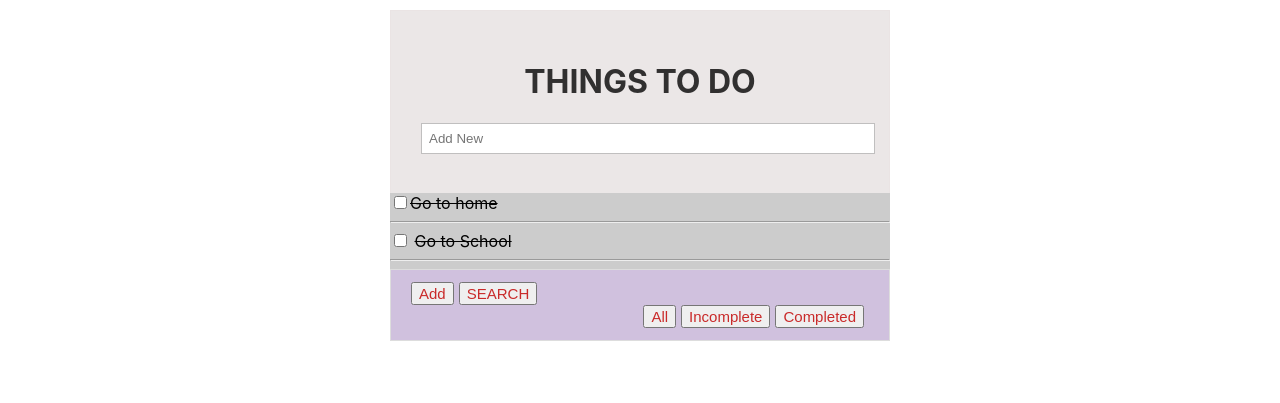
Repository: kirangautam45/To-Do-Application
Page: /
An editor plug-in stored every save of this project. The page is shown before and after a run of saves, followed by the edit.
The browser window is 1280 px wide. The pictures show the whole page.
The project was rebuilt for these pictures with package versions that can differ from the ones it lists, and the page was loaded fresh each time.

Above is the page before, as saved 2022-08-11 14:37:59.

After the next 2 saves:
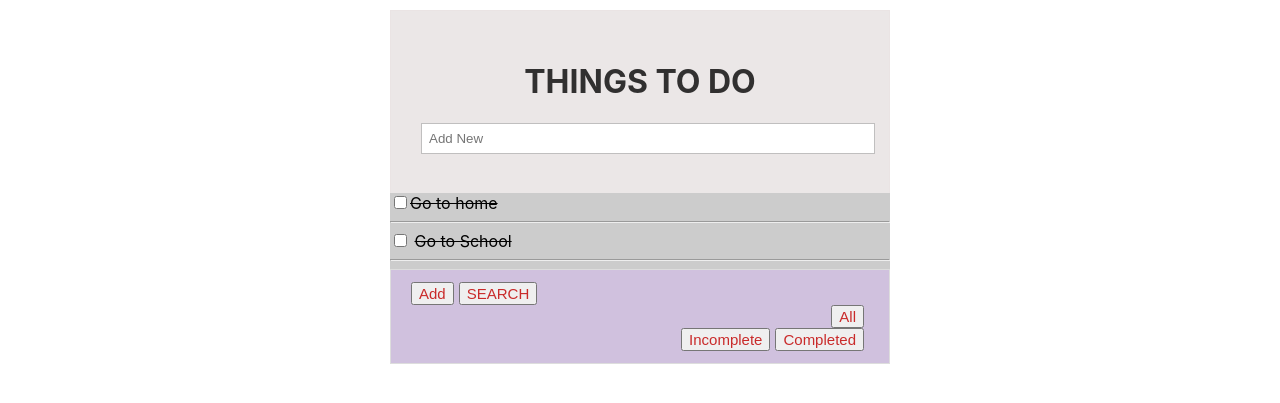
The 2 saves are shown as one change because they came seconds apart.
The last was saved 7 s later.
--- a/src/App.js
+++ b/src/App.js
@@ -24,7 +24,7 @@ function App() {
               <button className="Icon_button">SEARCH</button>
             </div>
             <div className="Icon_right">
-               <div></div><button className="Icon_button">All</button>
+               <div><button className="Icon_button">All</button> </div>
               <button className="Icon_button">Incomplete</button>
               <button className="Icon_button">Completed</button>
             </div>
